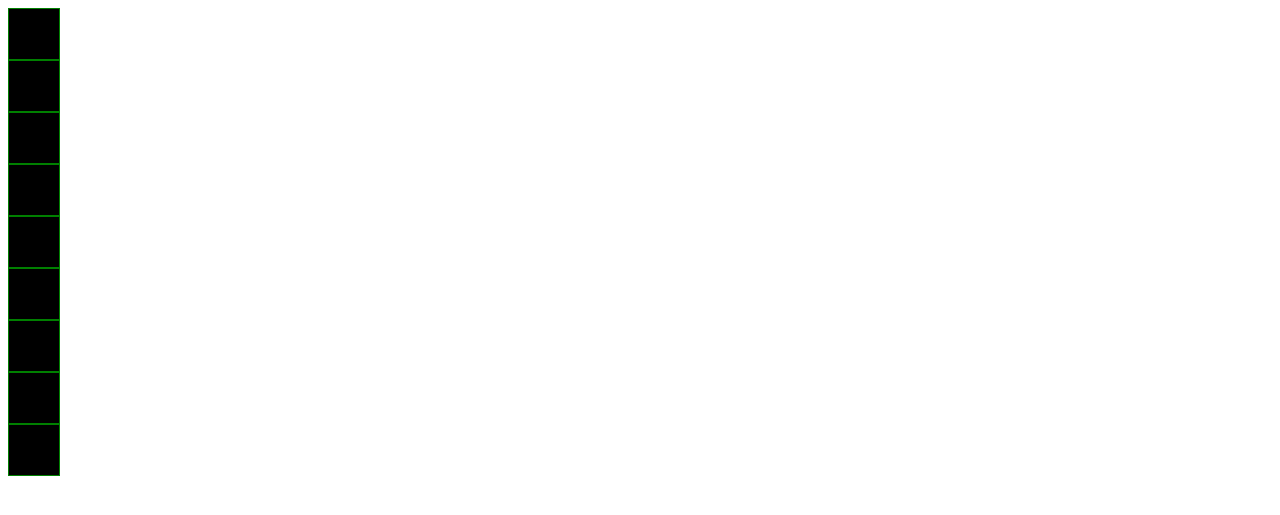
Repository: motiejus1/14-paskaita-JS
Page: index.html
The author's editor kept a copy of each file at every save. The page is drawn from the files as they stood at one save, then again after the next save.
The browser window is 1280 px wide. The pictures show the whole page.

Above is the page before, as saved 2021-06-29 11:51:19.

### index.html
<!DOCTYPE html>
<html lang="en">
<head>
    <meta charset="UTF-8">
    <meta http-equiv="X-UA-Compatible" content="IE=edge">
    <meta name="viewport" content="width=device-width, initial-scale=1.0">
    <title>14 paskaita</title>

    <style>



        .butas {
            width: 50px;
            height: 50px;
            background-color: black;
            border: 1px solid green;
        }
    </style>
</head>
<body>

    <div class="container">
        <div class="laiptine">
            <div class="butas">1</div>
            <div class="butas">2</div>
            <div class="butas">3</div>
            <div class="butas">4</div>
        </div>
        <div class="laiptine">
            <div class="butas">1</div>
            <div class="butas">2</div>
            <div class="butas">3</div>
            <div class="butas">4</div>
            <div class="butas">5</div>
        </div>
    </div>

   <script src="script.js"></script>
</body>
</html>

### script.js
"use strict";

// Klasės kintamieji:
// miestas - tekstas,
// pastatymo data - datos formatas,
// adresas - tekstas,
// laiptinių skaičius - masyvas, turintis tiek elementų, kiek yra laiptinių. Pvz: [1,2,3,4]
// butų skaičius - masyvas, turintis tiek elementų, kiek butų yra laiptinėje.Pvz: [20, 22, 19, 13]
// bendras butų skaičius - suskaičiuojamas automatiškai. Apskaičiavimui susikurti statinį metodą.



//minimali reiksme ieina i intervala, maksimali neieina
function randomFunction(min, max) {
    return Math.floor((Math.random() * (max - min)) + min);
}

//minimali reiksme ieina i intervala, maksimali ieina
function randomFunctionWithMax(min, max) {

    return Math.floor((Math.random() * (max - min + 1)) + min);
}

let laiptines = ["laiptine1", "laiptine2", "laiptine3",'laiptine4', 'laiptine5'] //laiptiniu skaicius masyvo lenght - 3

let laiptiniuSk = laiptines.length;

let atsitiktinisSk = randomFunctionWithMax(1, 100); // Skaiciu nuo 1 iki 100

console.log(atsitiktinisSk);

// let butai = [20, 22, 19, 13];
let butai = [];
for (let i = 0; i< laiptiniuSk; i++) {
    butai.push(randomFunctionWithMax(1, 100));
}

let bendrasButuSkaicius = 0;

for (let i = 0; i < butai.length; i++) {
    bendrasButuSkaicius += butai[i];
}

console.log(butai);
console.log(bendrasButuSkaicius);

//gauname laiptiniu skaiciu +
//pagal laiptiniu skaiciu susikuriame butu masyva
//butu masyvas turi tiek elementu kiek yra laiptiniu
// kiekvienas buto masyvo elementas yra atsitiktinis skaicius

After the next save:
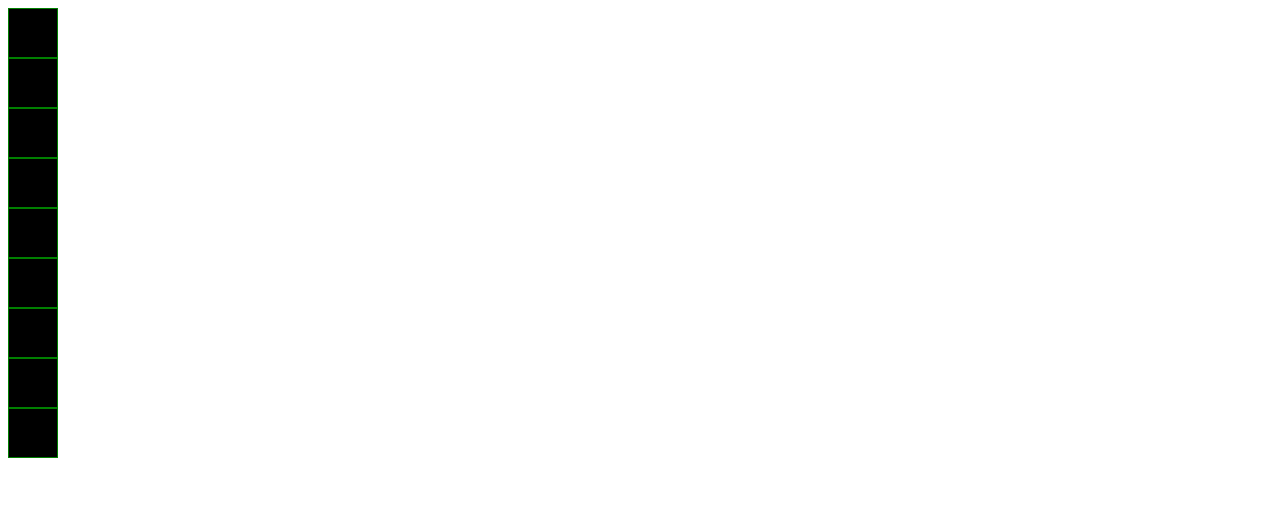
Saved 6 s later.
--- a/index.html
+++ b/index.html
@@ -8,7 +8,9 @@
 
     <style>
 
-
+        * {
+            box-sizing: border-box;
+        }
 
         .butas {
             width: 50px;
